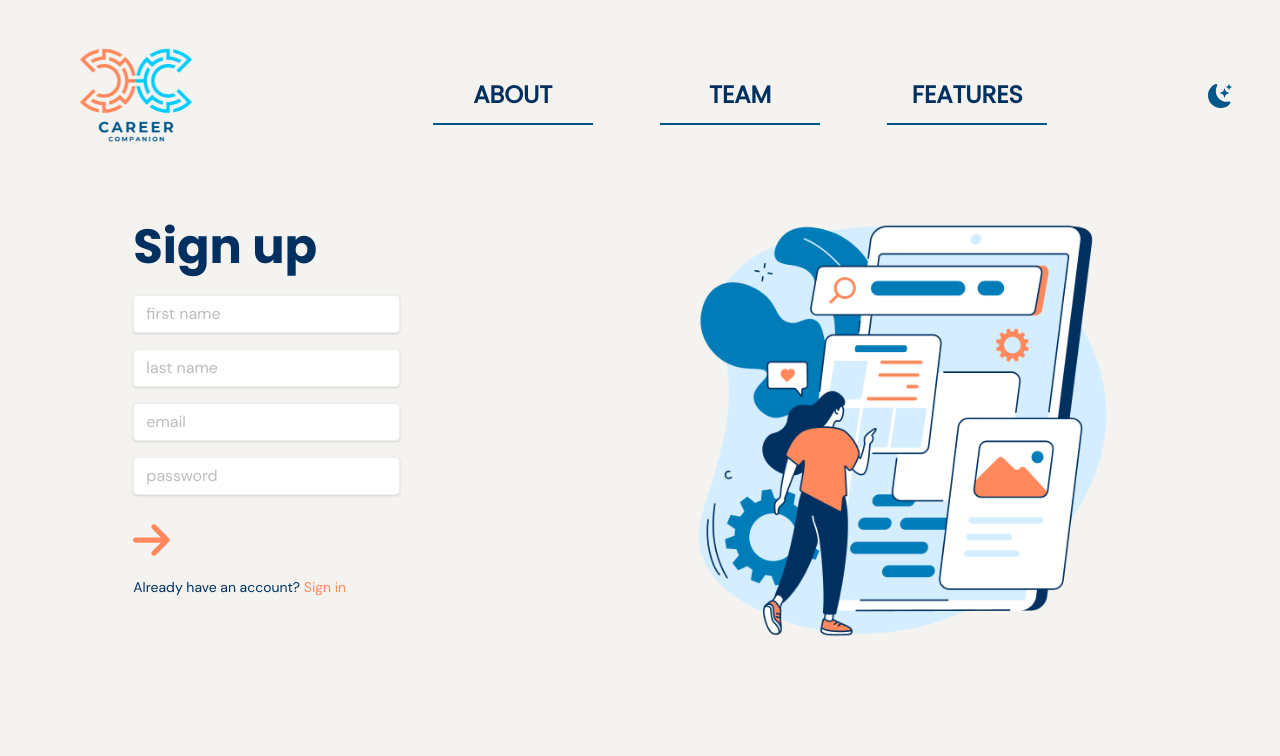
Repository: 221030169/AI-Powered-Career-Growth-and-Productivity-Platform-
Page: /signup (app in Career Companion/frontend/)
These files come from the project's save history. The page is drawn as it stood at one moment and after the next save; the edit follows.
The browser window is 1280 px wide. The pictures show the whole page.
The project was rebuilt for these pictures with package versions that can differ from the ones it lists, and the page was loaded fresh each time. Also part of the build but not shown: Career Companion/frontend/src/components/landingPage/LandingPage.js, Career Companion/frontend/src/components/auth/LoginForm.css, Career Companion/frontend/src/components/auth/LoginForm.js, Career Companion/frontend/src/components/jobSelection/JobSelection.css, Career Companion/frontend/src/components/jobSelection/JobSelection.js, Career Companion/frontend/src/components/questionsForm/QuestionsForm.css, Career Companion/frontend/src/components/questionsForm/QuestionsForm.js, Career Companion/frontend/src/components/Interview/Interview.css and 23 more.

Above is the page before, as saved 2025-11-25 21:10:22.

After the next save:
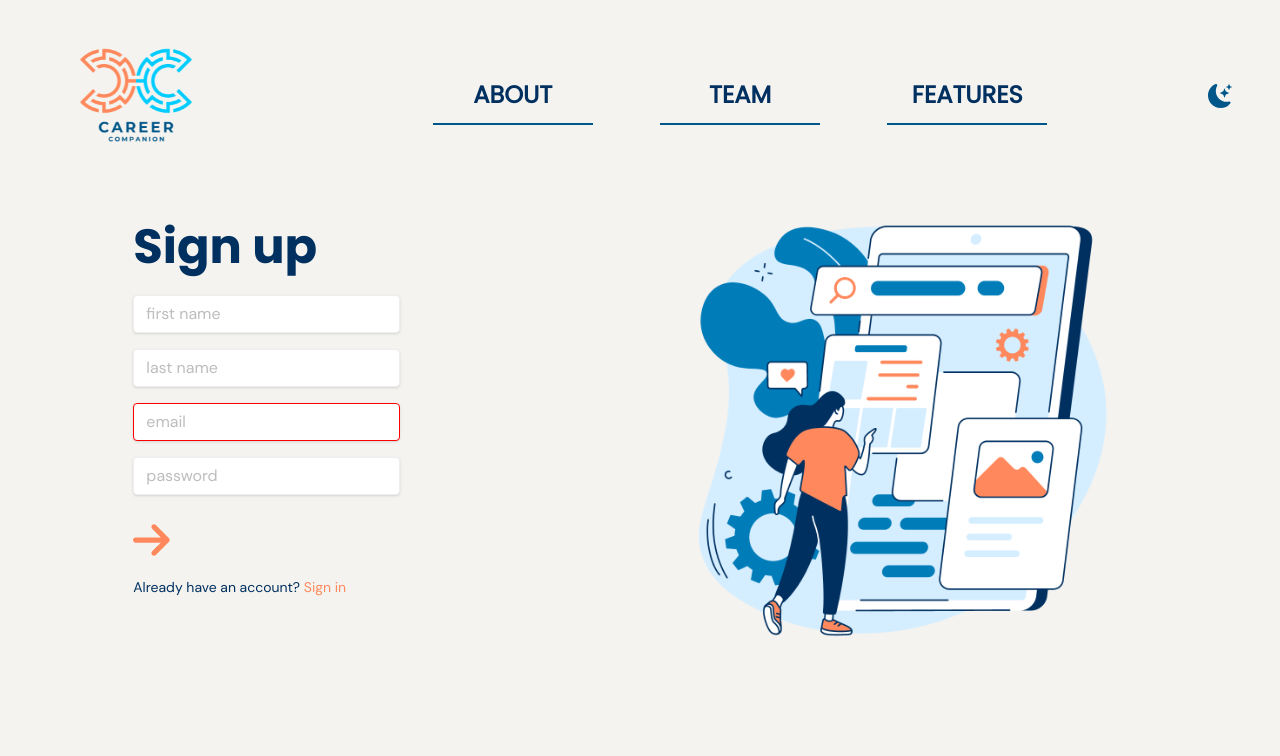
Saved 16 s later.
--- a/Career Companion/frontend/src/components/user/SignUpForm.js
+++ b/Career Companion/frontend/src/components/user/SignUpForm.js
@@ -171,11 +171,11 @@ const SignUpForm = ({ navigate }) => {
               <input
                 className="shadow appearance-none border rounded w-full py-2 px-3 text-gray-700 leading-tight focus:outline-none focus:shadow-outline"
                 id="email"
-                type="text"
+                type="email"
                 placeholder="email"
-                pattern="[a-z0-9._%+-]+@[a-z0-9.-]+\.[a-z]{2,4}$"
                 value={email}
                 onChange={handleEmailChange}
+                required
               />
             </div>
             <div className="mb-6">
